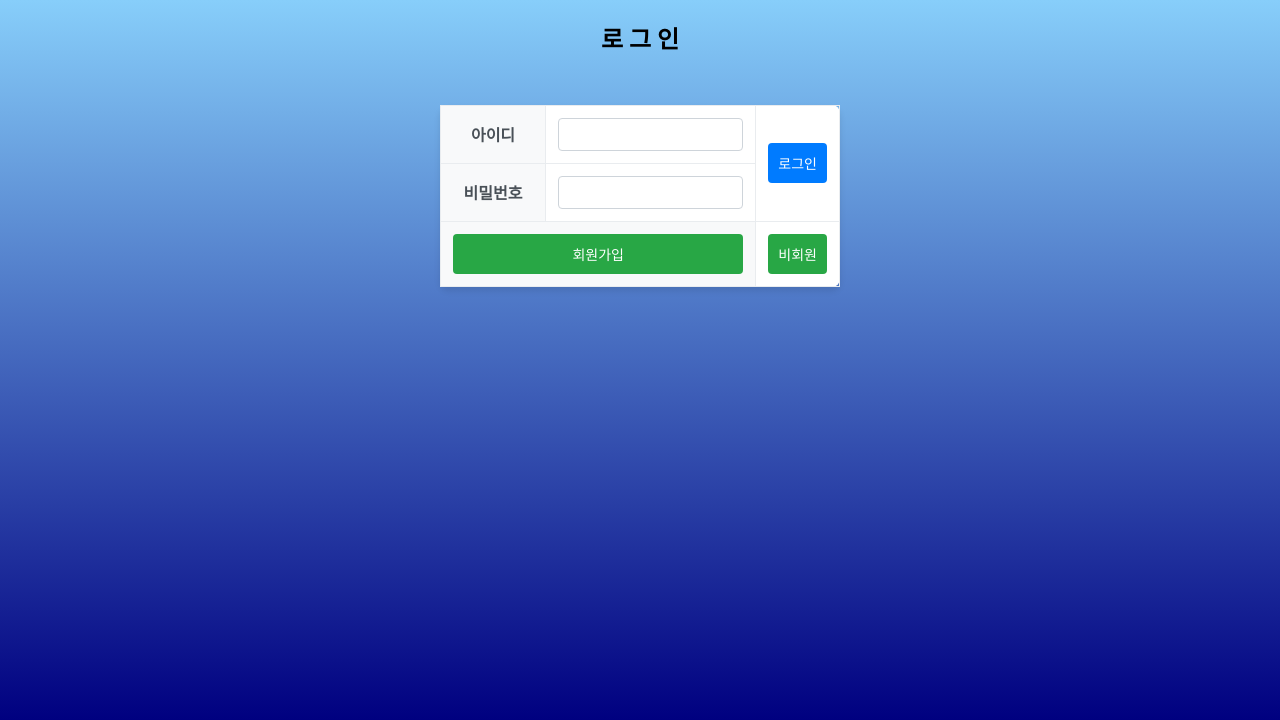
Repository: 1plus1equals3-true/Board-temp
Page: http://localhost/jsp/member/Login.jsp
These files come from the project's save history. The page is drawn as it stood at one moment and after the next save; the edit follows.
The browser window is 1280 px wide. The pictures show the whole page.
The page is served by Tomcat 9.

Above is the page before, as saved 2025-09-10 08:01:41.

After the next save:
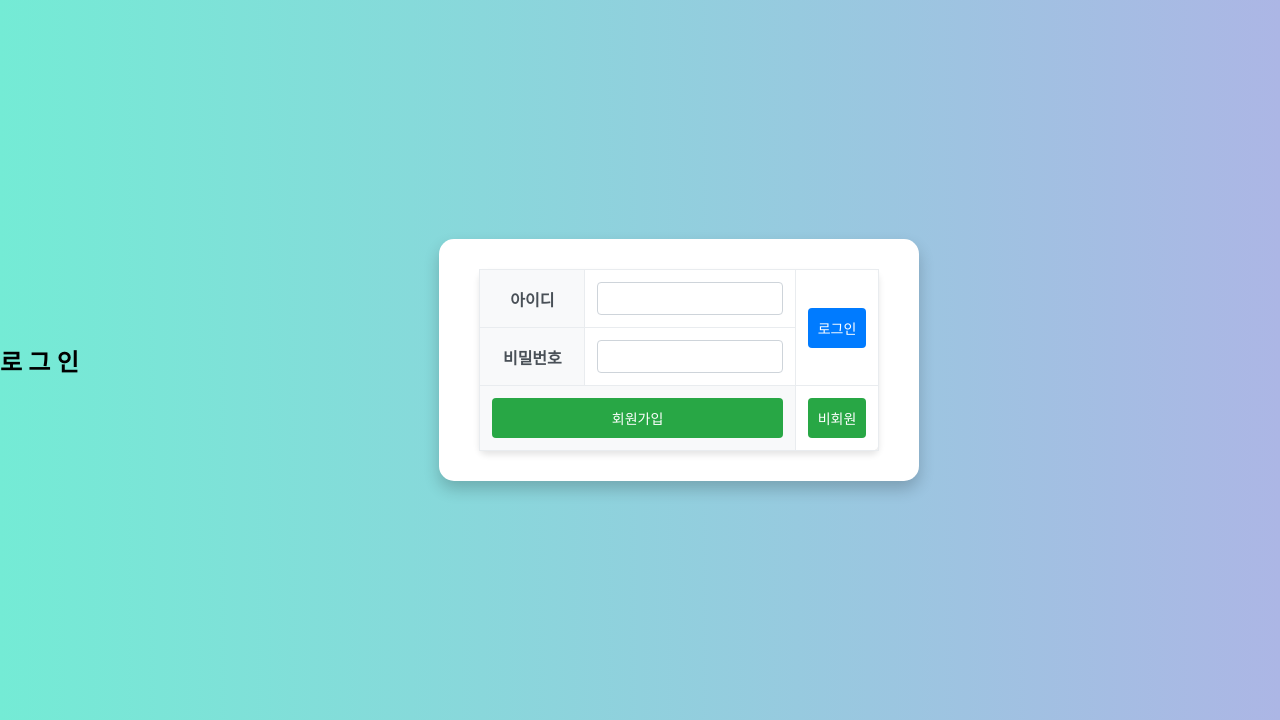
Saved 2 min 11 s later.
--- a/jsp/src/main/webapp/member/Login.jsp
+++ b/jsp/src/main/webapp/member/Login.jsp
@@ -9,9 +9,27 @@
 <title>로그인</title>
 <style>
 body {
-  background: linear-gradient(to bottom, #87CEFA, #000080);
-  background-attachment: fixed;
-}
+        font-family: 'Segoe UI', Tahoma, Geneva, Verdana, sans-serif;
+        background: linear-gradient(to right, #74ebd5, #ACB6E5);
+        margin: 0;
+        padding: 0;
+        display: flex;
+        justify-content: center;
+        align-items: center;
+        height: 100vh;
+    }
+    form {
+        background-color: white;
+        padding: 30px 40px;
+        border-radius: 15px;
+        box-shadow: 0 8px 16px rgba(0,0,0,0.2);
+        width: 400px;
+        animation: fadeIn 0.8s ease-in-out;
+    }
+    @keyframes fadeIn {
+        from { opacity: 0; transform: translateY(-20px); }
+        to { opacity: 1; transform: translateY(0); }
+    }
 .login-form {
     display: flex;
     justify-content: center;
